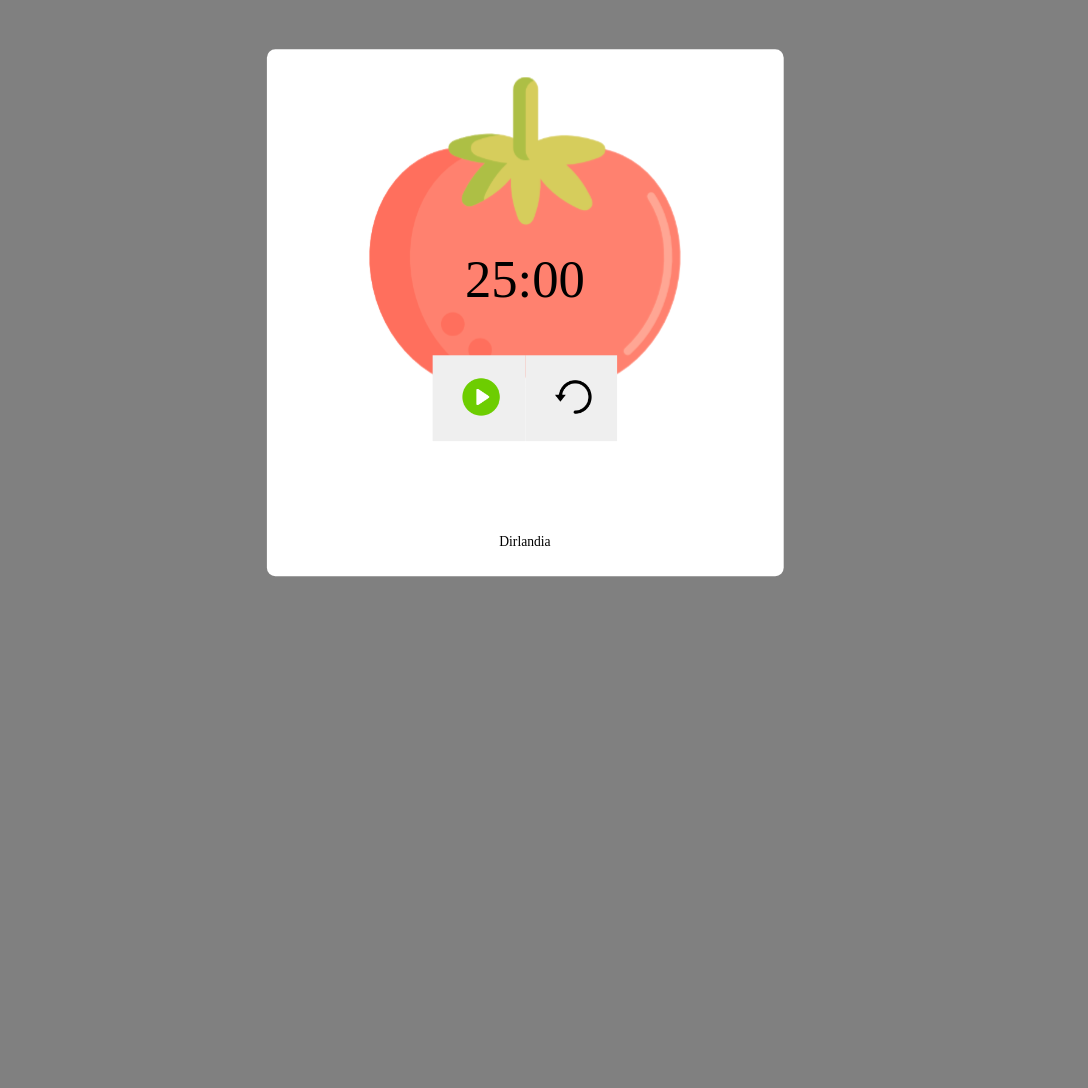
Repository: Dirlandia404/pomodoro
Page: /
These files come from the project's save history. The page is drawn as it stood at one moment and after the next save; the edit follows.
The browser window is 1280 px wide. The pictures show the whole page, at 85% of full size.
The project was rebuilt for these pictures with package versions that can differ from the ones it lists, and the page was loaded fresh each time.

Above is the page before, as saved 2021-11-25 10:45:20.

After the next save:
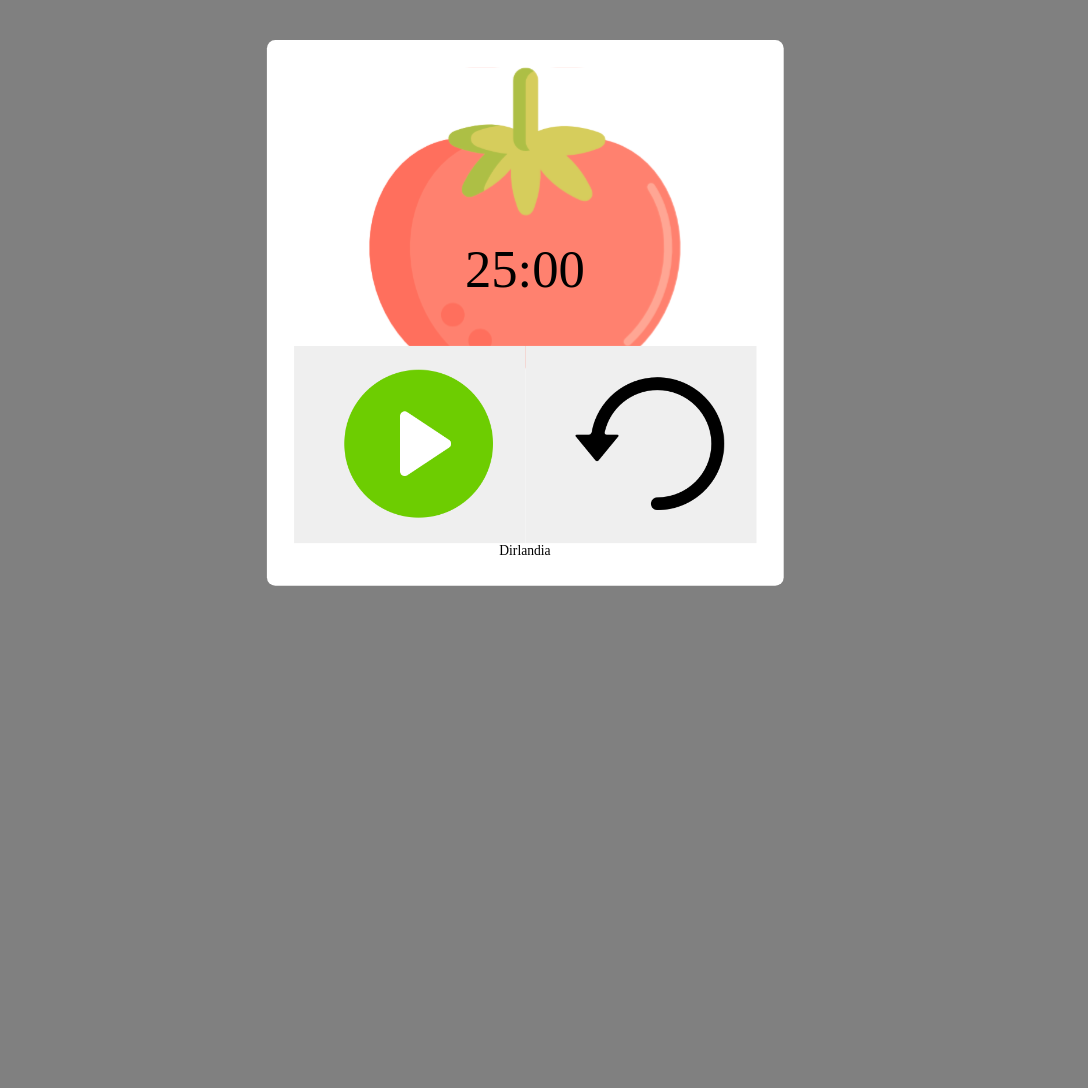
Saved 22 s later.
--- a/src/componentes/componente.css
+++ b/src/componentes/componente.css
@@ -47,6 +47,5 @@ div.butoes{
 }
 button{
     padding: 5%;
-    width: 20%;
-    margin-bottom: 20%;
+    width: 50%;
 }
